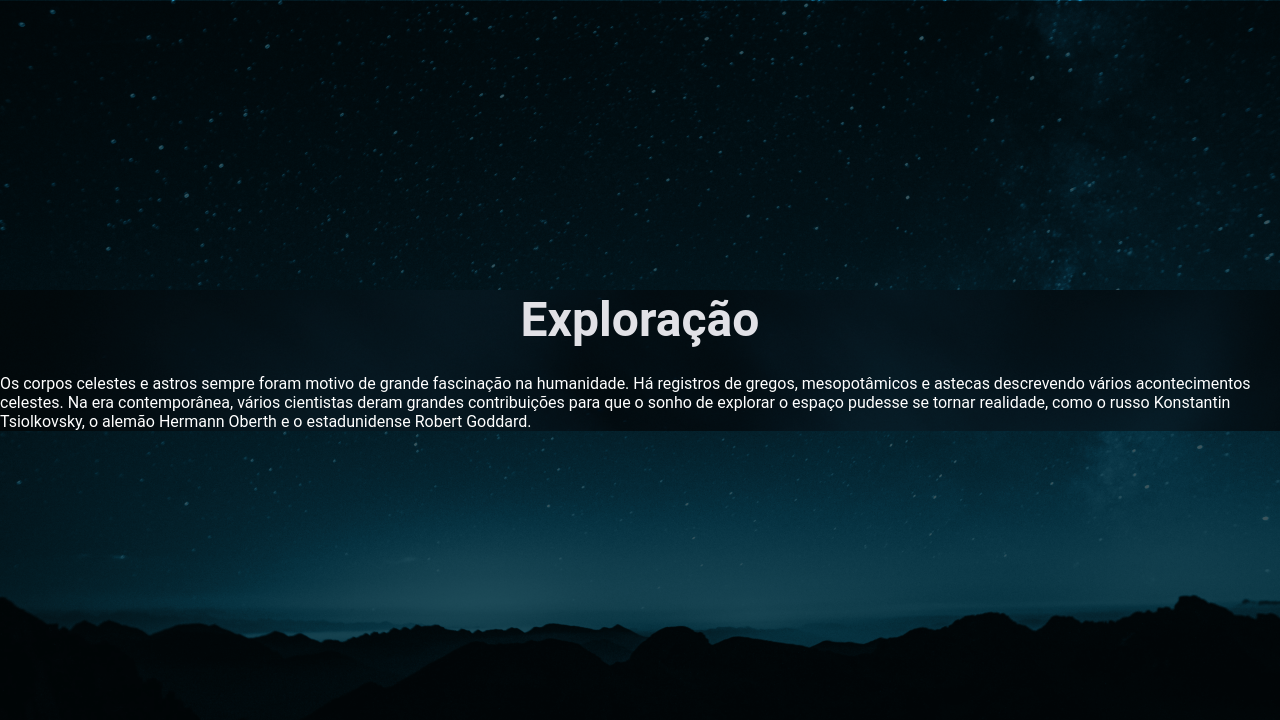
Repository: eltonneiferson/spaUniverse
Page: exploration.html
These files come from the project's save history. The page is drawn as it stood at one moment and after a run of saves; the edit follows.
The browser window is 1280 px wide. The pictures show the whole page.

Above is the page before, as saved 2022-10-26 23:07:00.

### exploration.html
<head>
    <link rel="stylesheet" href="index.css">
</head>

<main id="exploration">
    <h1>Exploração</h1>
    <p>Os corpos celestes e astros sempre foram motivo de grande fascinação na humanidade. Há registros de gregos, mesopotâmicos e astecas descrevendo vários acontecimentos celestes. Na era contemporânea, vários cientistas deram grandes contribuições para que o sonho de explorar o espaço pudesse se tornar realidade, como o russo Konstantin Tsiolkovsky, o alemão Hermann Oberth e o estadunidense Robert Goddard.</p>
</main>

### index.css
* {
    margin: 0;
    padding: 0;
    box-sizing: border-box;
    text-decoration: none;
}

:root {
    --default-font-color: white;
    --font-color-link: #C4C4CC;
    --font-color-h1: #E1E1E6;
    --font-color-hover-button: #02799D;
    --default-font: 'Roboto', sans-serif;
}

body {
    min-height: 100vh;
    background-image: url(bkg1.png);
    background-position: bottom;
    background-size: cover;
    color: var(--default-font-color);
    font-family: var(--default-font);
    display: grid;
    place-content: center;
}

nav {
    padding: 40px 72px;
    display: flex;
    gap: 2rem;
    align-items: center;
    position: fixed;
}

nav a {
    color: var(--font-color-link);
    line-height: 1.37rem;
    font-size: 1.41rem;
}

nav a:hover {
    color: var(--default-font-color);
    font-weight: bold;
}

main {
    display: grid;
    gap: 24px;
    place-items: center;
}

main h1 {
    color: var(--font-color-h1);
    font-size: 48px;
    line-height: 125%;
}

main button {
    cursor: pointer;
    background: none;
    border: 2px solid var(--default-font-color);
    border-radius: 5px;
    padding: 12px 32px;
    color: var(--default-font-color);
    font-family: 'Roboto';
    font-weight: 700;
    font-size: 14px;
    line-height: 24px;
}

main button:hover {
    background: var(--default-font-color);
    color: var(--font-color-hover-button);
}

/*Estilização universe.html*/

main#universe {
    width: 100vw;
    min-height: 100vh;
    background-image: url(bkg2.png);
    background-size: cover;
    background-position: bottom;
    padding-left: 72px;
    display: flex;
    flex-direction: column;
    align-items: flex-start;
    justify-content: center;
}

main#universe p {
    width: 648px;
    font-weight: 400;
    font-size: 18px;
    line-height: 160%;
}

/*Estilização exploration.html*/

main#exploration {
    width: 100vw;
    background-image: url(bkg3.png);
}

After the next 2 saves:
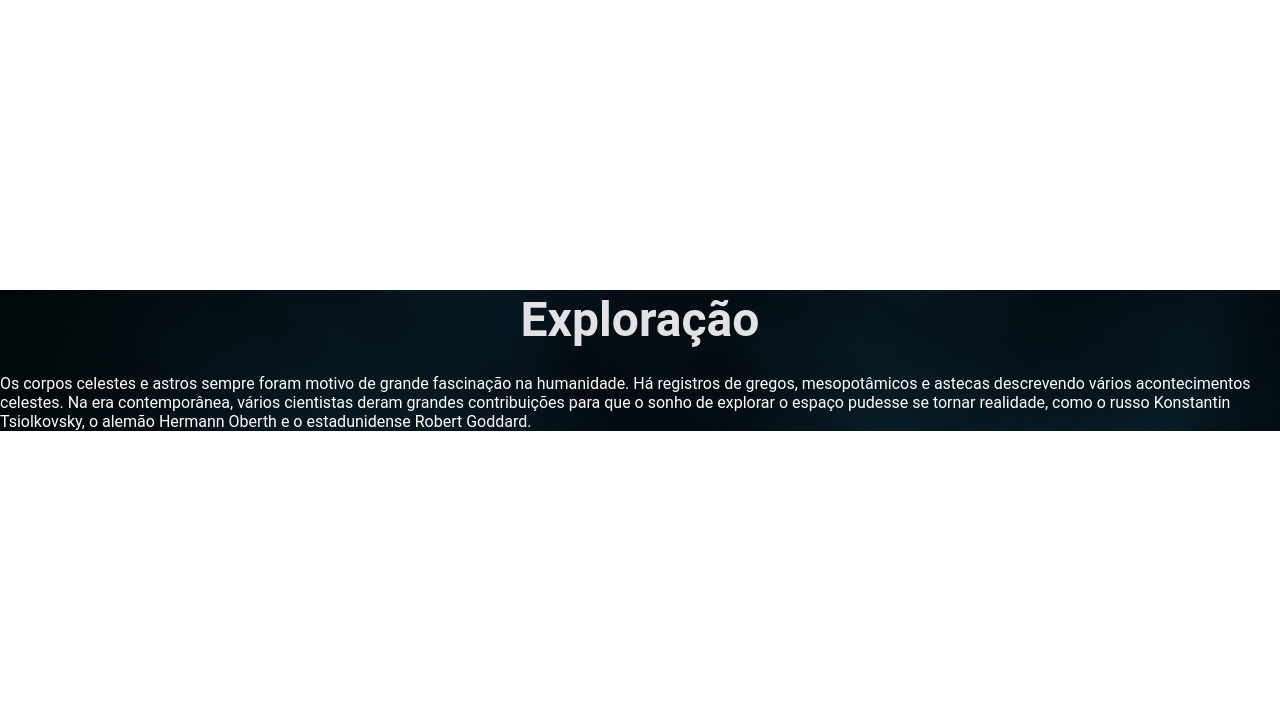
The 2 saves are shown as one change because they came seconds apart.
The last was saved 51 s later.
--- a/index.css
+++ b/index.css
@@ -14,10 +14,6 @@
 }
 
 body {
-    min-height: 100vh;
-    background-image: url(bkg1.png);
-    background-position: bottom;
-    background-size: cover;
     color: var(--default-font-color);
     font-family: var(--default-font);
     display: grid;
